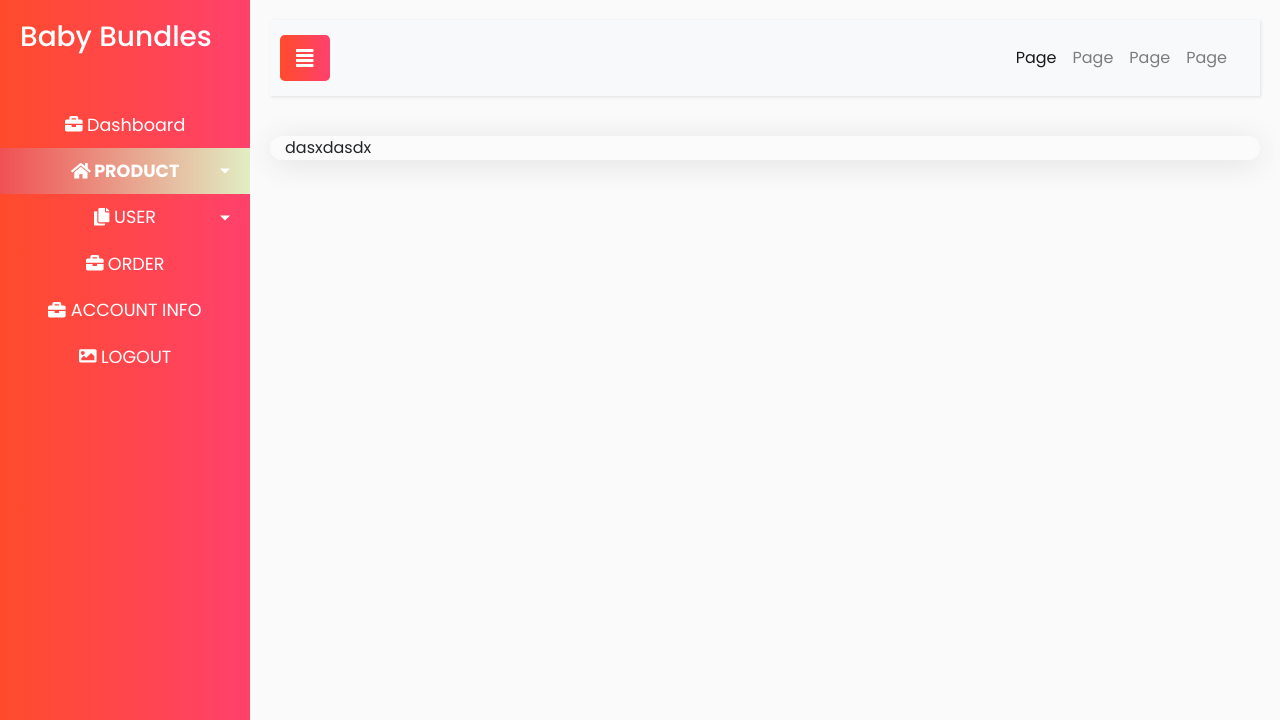
Repository: jiahow99/Baby-Bundles-University
Page: http://localhost/admin-editproduct.php
The author's editor kept a copy of each file at every save. The page is drawn from the files as they stood at one save, then again after the next save.
The browser window is 1280 px wide. The pictures show the whole page.
Some web libraries are served in a nearby version. The page is run by PHP 8.4 with error messages shown; the project is at /var/www/html/.

Above is the page before, as saved 2022-11-24 18:12:36.

After the next save:
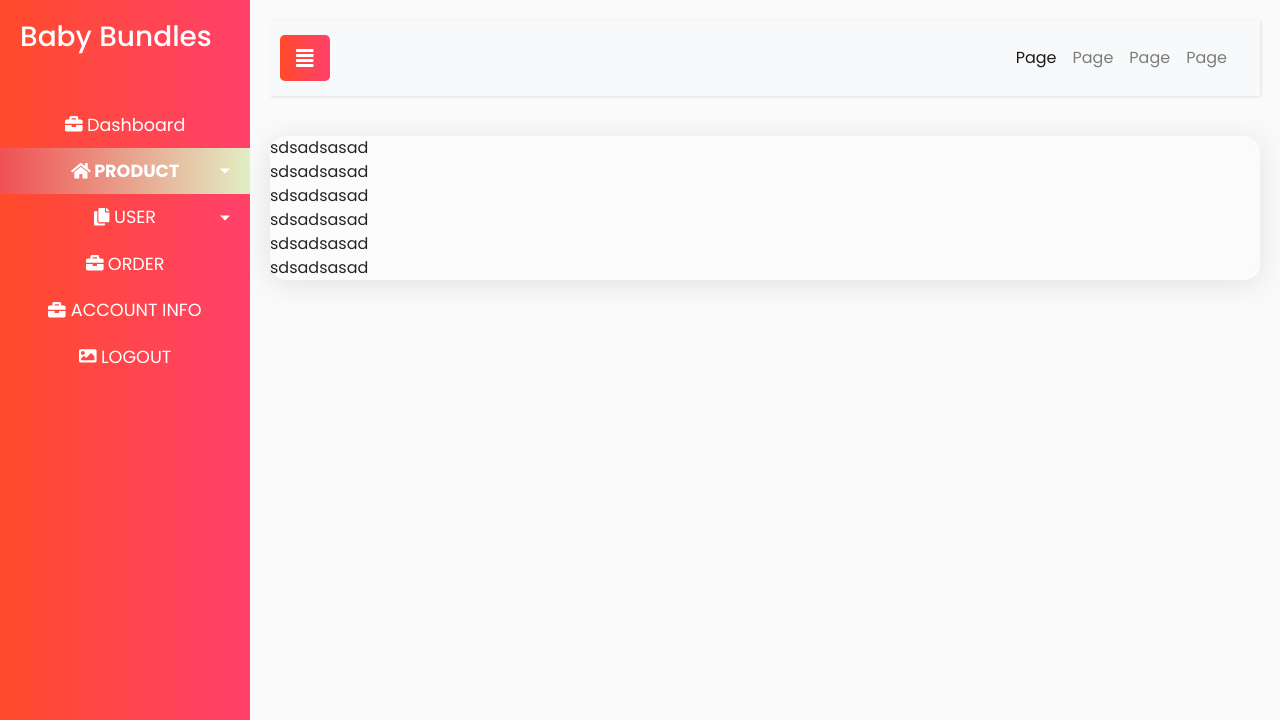
Saved 15 s later.
--- a/admin-editproduct.php
+++ b/admin-editproduct.php
@@ -137,7 +137,14 @@
                 </div>
             </nav>
 
-            <div class="container glass" id="edit-product">dasxdasdx</div>
+            <div class="container glass" id="edit-product">
+                <div class="row">sdsadsasad</div>
+                <div class="row">sdsadsasad</div>
+                <div class="row">sdsadsasad</div>
+                <div class="row">sdsadsasad</div>
+                <div class="row">sdsadsasad</div>
+                <div class="row">sdsadsasad</div>
+            </div>
     </div>
 
     <!-- Popper.JS -->
